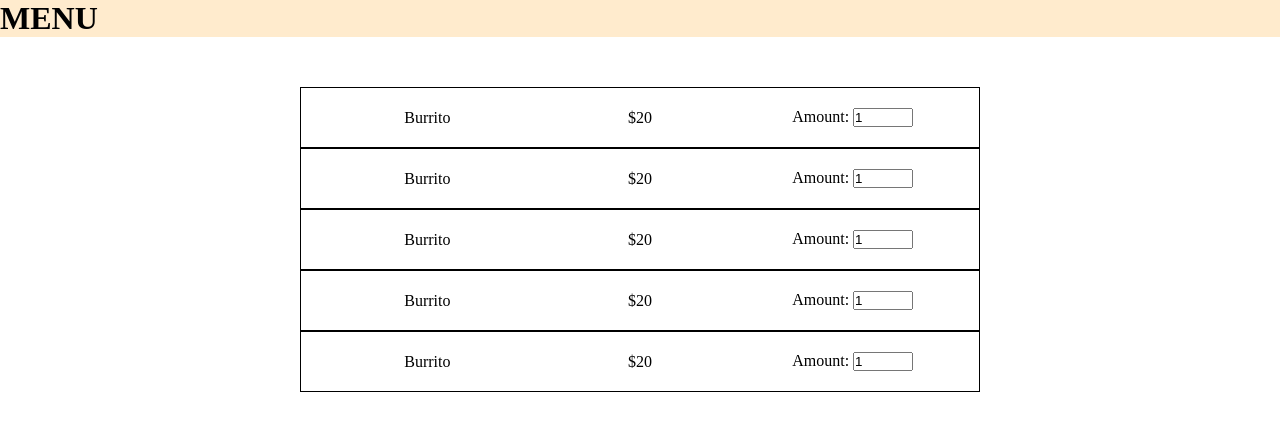
Repository: LamQuocPhu/JungTalent
Page: http://localhost/
The author's editor kept a copy of each file at every save. The page is drawn from the files as they stood at one save, then again after a run of saves.
The browser window is 1280 px wide. The pictures show the whole page.
The page is served by the project's Node server (index.js).

Above is the page before, as saved 2023-10-25 23:09:21.

After the next 2 saves:
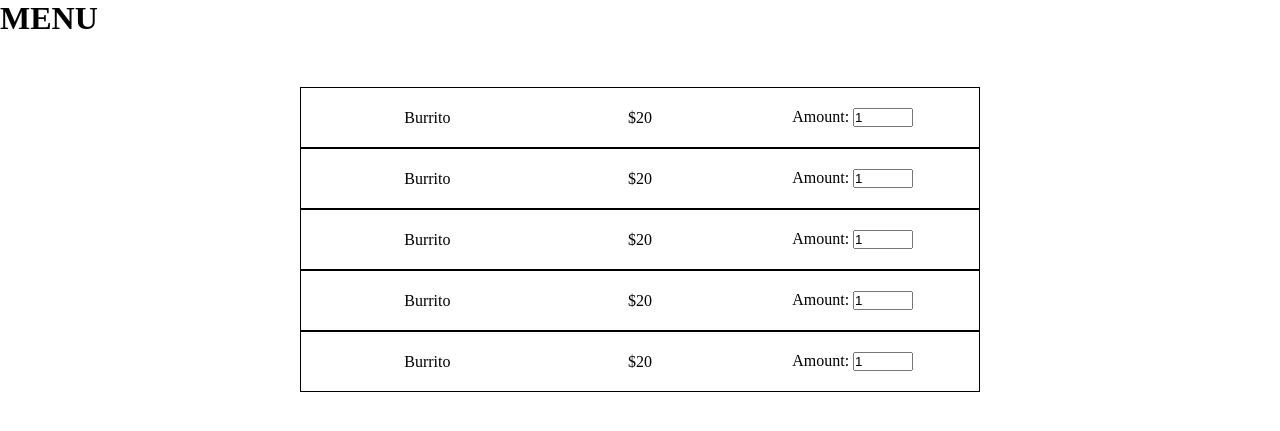
The 2 saves are shown as one change because they came seconds apart.
The last was saved 20 s later.
--- a/public/css/style.css
+++ b/public/css/style.css
@@ -16,6 +16,7 @@
 }
 
 .header{
+    header
     background-color: blanchedalmond;
 }
 

After the save that followed:
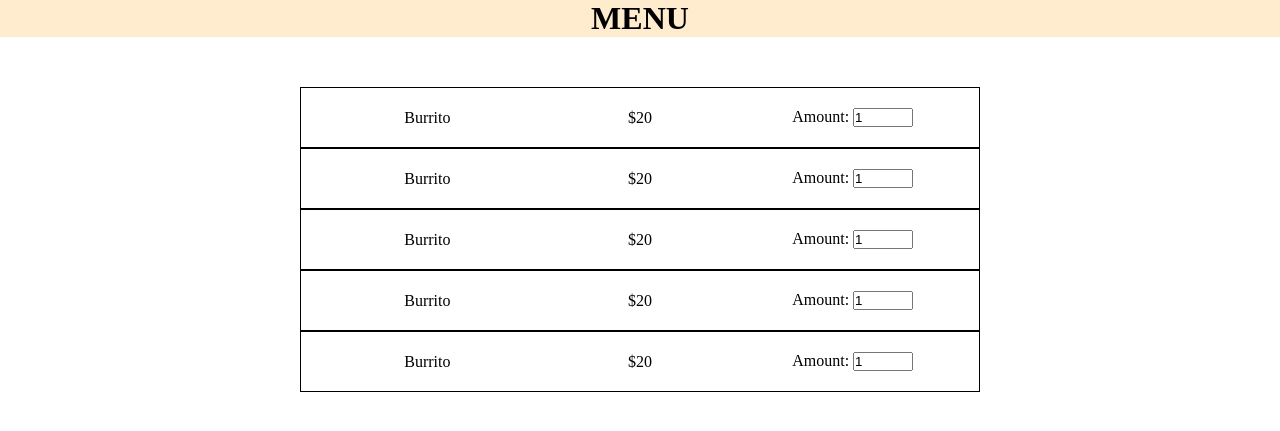
Saved 6 s later.
--- a/public/css/style.css
+++ b/public/css/style.css
@@ -16,7 +16,7 @@
 }
 
 .header{
-    header
+    text-align: center;
     background-color: blanchedalmond;
 }
 
